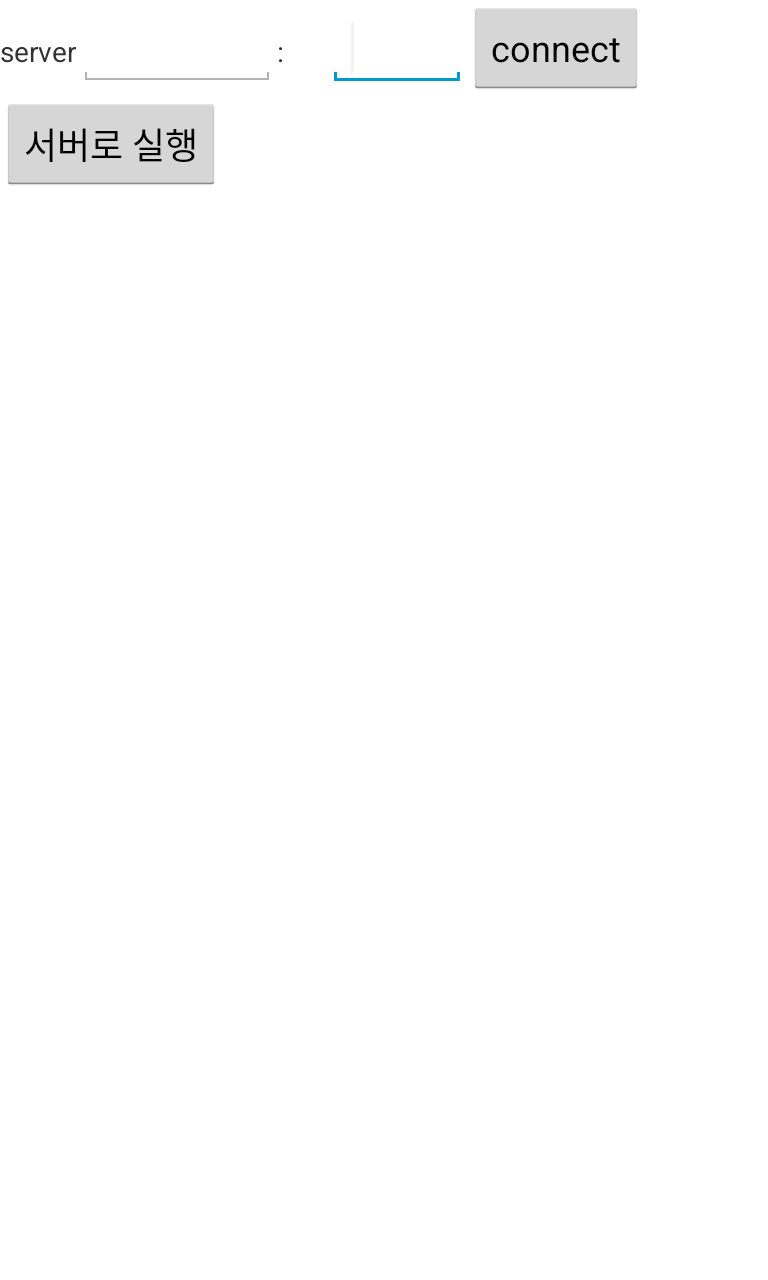
Repository: supremehappy/Android
Layout: MessengerTest/res/layout/activity_main.xml
An editor plug-in stored every save of this project. The layout is shown before and after the next save, followed by the edit.
It is drawn on a 768 x 1280 px phone screen (xhdpi) without system bars, with theme AppTheme; the app's code is not run.

Above is the layout before, as saved 2017-09-04 07:28:34.

### MessengerTest/res/layout/activity_main.xml
<LinearLayout xmlns:android="http://schemas.android.com/apk/res/android"
    xmlns:tools="http://schemas.android.com/tools"
    android:id="@+id/LinearLayout1"
    android:layout_width="match_parent"
    android:layout_height="match_parent"
    android:orientation="vertical"
    tools:context="${relativePackage}.${activityClass}" >

    <TableLayout
        android:layout_width="match_parent"
        android:layout_height="wrap_content" >

        <TableRow
            android:id="@+id/tableRow1"
            android:layout_width="wrap_content"
            android:layout_height="wrap_content" >

            <TextView
                android:id="@+id/textView1"
                android:layout_width="wrap_content"
                android:layout_height="wrap_content"
                android:text="@string/server" />

            <EditText
                android:id="@+id/server_ip"
                android:layout_width="100dp"
                android:layout_height="wrap_content"
                android:ems="10" >

                <requestFocus />
            </EditText>

            <TextView
                android:id="@+id/textView2"
                android:layout_width="25dp"
                android:layout_height="wrap_content"
                android:text="@string/a" />

            <EditText
                android:id="@+id/server_port"
                android:layout_width="70dp"
                android:layout_height="wrap_content"
                android:ems="10" >

                <requestFocus />
            </EditText>

            <Button
                android:id="@+id/connect_to_server"
                android:layout_width="wrap_content"
                android:layout_height="wrap_content"
                android:text="@string/c" />

        </TableRow>
    </TableLayout>

    <TableRow
        android:id="@+id/tableRow2"
        android:layout_width="wrap_content"
        android:layout_height="wrap_content" >

        <Button
            android:id="@+id/run_as_server"
            android:layout_width="wrap_content"
            android:layout_height="wrap_content"
            android:text="@string/server1" />
    </TableRow>

</LinearLayout>

### MessengerTest/res/values/strings.xml
<?xml version="1.0" encoding="utf-8"?>
<resources>

    <string name="app_name">MessingerTest</string>
    <string name="hello_world">Hello world!</string>
    <string name="server">server</string>
    <string name="a">:</string>
    <string name="c">connect</string>
    <string name="server1">서버로 실행</string>

</resources>

Loaded but not shown: MessengerTest/res/values/styles.xml (common file); MessengerTest/res/values-v11/styles.xml (common file); MessengerTest/res/values-v14/styles.xml (common file)

After the next save:
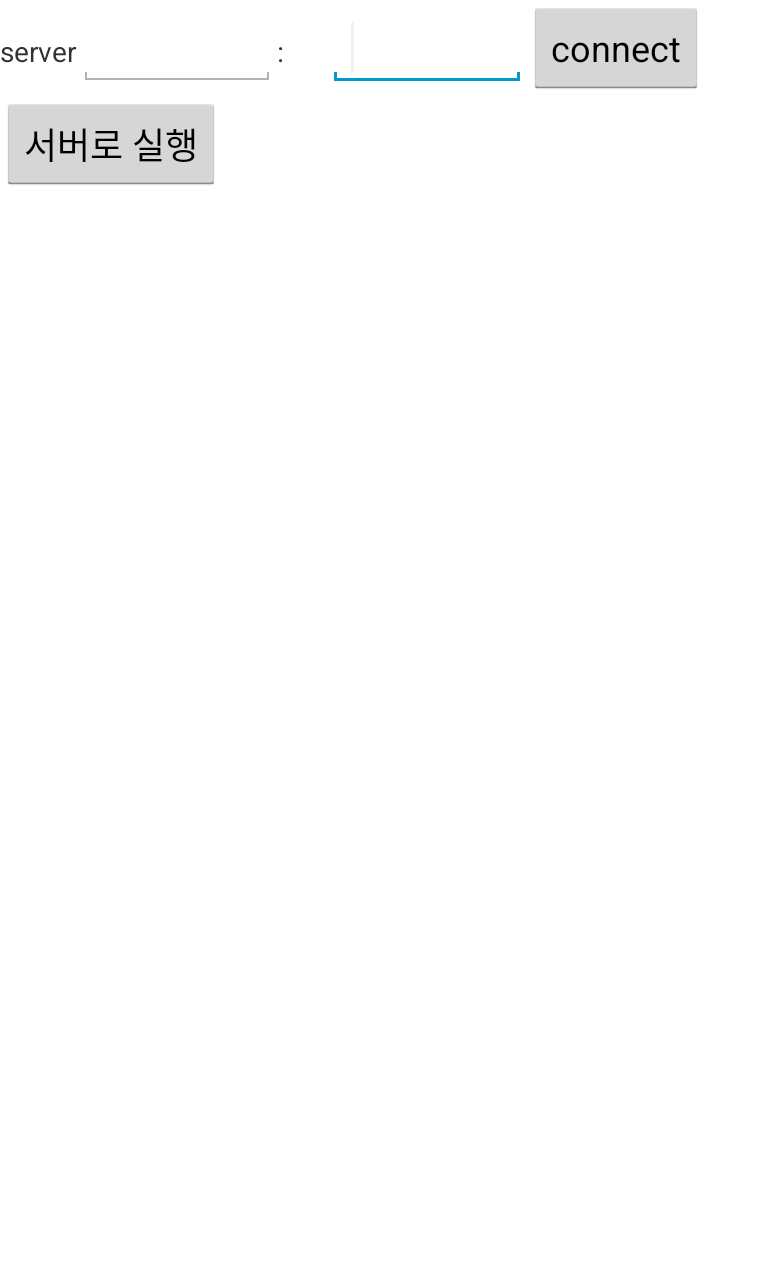
Saved 18 s later.
--- a/MessengerTest/res/layout/activity_main.xml
+++ b/MessengerTest/res/layout/activity_main.xml
@@ -38,7 +38,7 @@
 
             <EditText
                 android:id="@+id/server_port"
-                android:layout_width="70dp"
+                android:layout_width="100dp"
                 android:layout_height="wrap_content"
                 android:ems="10" >
 
